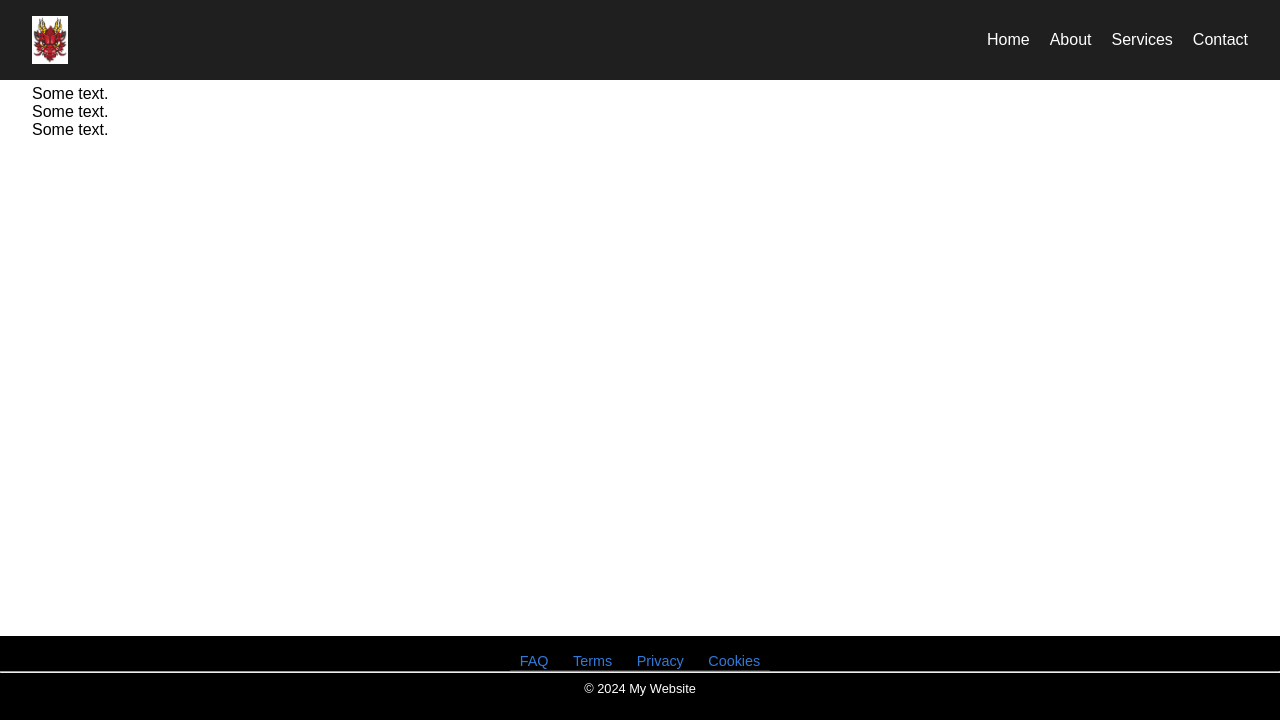
Repository: andreamm-lab/css-positioning-examples-2025-10
Page: index.html
The author's editor kept a copy of each file at every save. The page is drawn from the files as they stood at one save, then again after the next save.
The browser window is 1280 px wide. The pictures show the whole page.

Above is the page before, as saved 2025-11-10 19:05:51.

### index.html
<!DOCTYPE html>
<html lang="en">
<head>
  <meta charset="UTF-8">
  <meta name="viewport" content="width=device-width, initial-scale=1.0">
  <title>Basic Nav Example</title>
  <link rel="stylesheet" href="./main.css">
</head>
<body>
  <header>
    <!-- Primary navigation -->
    <nav aria-label="Primary navigation">
      <a href="./index.html">
        <img src="./images/dragon.png" alt="Dragon logo">
      </a>
      <span class="spacer"></span>
      <ul>
        <li class="current"><a href="./index.html">Home</a></li>
        <li><a href="./pages/about.html">About</a></li>
        <li id="services-li">
          <a href="./pages/services.html">Services</a>
          <!-- Submenu -->
          <ul id="services-menu">
            <li><a href="#">Gardening</a></li>
            <li><a href="#">Landscaping</a></li>
            <li><a href="#">Weed Control</a></li>
            <li><a href="#">Tree Removal</a></li>
          </ul>
        </li>
        <li><a href="./pages/contact.html">Contact</a></li>
      </ul>
    </nav>
  </header>

  <main class="home-main">
    <h1 id="page-title" style="text-align: center;">Home Page</h1>

    <section class="section-a">
      <p>Some text.</p>
    </section>
    <section class="section-b">
      <p>Some text.</p>
    </section>
    <section class="section-a">
      <p>Some text.</p>
    </section>
  </main>

  <!------------------------------------- Footer ------------------------------------->
  <footer id="main-footer">
    <nav aria-label="Footer navigation">
      <ul>
        <li><a href="#">FAQ</a></li>
        <li><a href="#">Terms</a></li>
        <li><a href="#">Privacy</a></li>
        <li><a href="#">Cookies</a></li>
      </ul>
    </nav>

    <hr class="footer-line">

    <p>© 2024 My Website</p>
  </footer>
</body>
</html>

### main.css
/* 0.---------------------- General Setup ---------------------- */

*  {
    box-sizing: border-box; /* How to calculate dimensiones */
    margin: 0; /* Distance beetween words */
    padding: 0; /* Allow bullepoint to be visible */
}

/* All Font Page */
body {
    font-family: Arial, Helvetica, sans-serif;
    background-color: #ffffff;
    color: #000;
    min-height: 100vh;
    display: flex;
    flex-direction: column;
}

main {
    flex: 1;
    display: block;
    padding: 120px 32px 24px; /* top=120 to prevent content hidden by fixed header */
}

/* 1.---------------------- Header - Upper Menu - Encabezado ---------------------- */

/* background box and colors */
/* In Practice class: nav: means both header and footer
nav {
    padding: 10px 10px;
    min-height: 80px;
    background-color: #1F1F1F;
}
*/

/* Dimensions */
header {
    position: fixed; /* Added: keeps header always visible */
    top: 0;
    left: 0;
    width: 100%;
    z-index: 1000;
}

header nav {
    padding: 10px 32px;
    min-height: 80px;
    background-color: #1F1F1F;
    display: flex; /*added*/
    align-items: center;           /* vertical */
    justify-content: space-between; /* separates logo and menu */
}

/* Icon - Image */
header nav img {
    max-height: 48px;
    background-color: white;
    display: inline-block;  /* added */
    vertical-align: middle; /* added */
}

/* Top Horizontal Menu */

/* Aligning calculation*/
/* In class:
.spacer {
    display: inline-block;
    width: calc(100% - 40px - 320px);
}
*/
/* If 0 first number: result left. If 100% results right */

/* Text Relation with image */
header nav ul {
    list-style: none;
    display: flex;
    gap: 20px;
}

/* Word Colors depending their status */
/* Word clicked */
header nav ul li a {
    text-decoration: none;
    color: white;
}

/* Text color if we are in the current page*/
header nav ul li a.current {
    color: aquamarine;
    font-weight: bold;
}

/* Mouse over the word */
header nav ul li a:hover {
    color: rgb(92, 229, 0);
}

/* ---------------------- Added from Cursada: Dropdown Menu ---------------------- */

/* Services dropdown menu */
#services-li {
    position: relative;
}

#services-li:hover #services-menu {
    opacity: 1;
    visibility: visible;
    transform: translateY(0);
}

#services-menu {
    position: absolute;
    top: 100%;
    left: 0;
    z-index: 2000;
    margin: 0;
    padding: 4px 16px;
    background-color: #323F42;
    visibility: hidden;
    opacity: 0;
    transform: translateY(-6px);
    transition: opacity 0.3s, transform 0.15s;
    list-style: none;

    display: block; /* evita que herede el flex del menú principal */
}

#services-menu li {
    display: block; /* lista vertical*/
    margin: 0;
    padding: 4px 0;
}


#services-menu a {
    display: inline-block;
    white-space: nowrap;
    color: #fff;
    text-decoration: none;
}

#services-menu a:hover {
    text-decoration: underline;
}

/* 1.2.special part -------------------------------- Side Menu --------------------------------------------------*/

/* Side menu on Services */
.page {
    display: flex;   /* content in columns */
    gap: 0;
}

/* Dimensions */
.main-content {
    width: 72%;
    vertical-align: top;
}

/* Style */
.side-nav {
    width: 28%;
    background-color: #2a2a2a;
    color: #fff;
    margin: 0;                /* sin espacio externo */
    padding: 0;               /* sin espacio interno general */
    border: none;             /* sin borde */
    box-sizing: border-box;
    min-height: 100%;         /* ocupa todo el alto */
}

/* Title: Categories - Dimensions */
.side-nav h2 {
    margin: 0;
    padding: 16px 16px 8px;
    font-size: 1.6rem;
    font-weight: 700;
}

/* List Dimensions */
.side-nav ul {
    list-style: none;
    margin: 0;
    padding: 0 16px 16px;
}

.side-nav ul li {
    margin: 0;
    padding: 6px 0;
}

/* Colors */
.side-nav ul li a {
    color: #4bb4ff;
    text-decoration: none;
    display: inline-block;
    width: 100%;
}

.side-nav ul li a:hover {
    text-decoration: underline;
    background-color: #1f1f1f;
}

/* 2.---------------------- Main / Home content ---------------------- */

/* Space size */
main {
    display: block;
    padding: 24px 32px;
}

main.page {
    padding: 0px 0px 0px 0px; /* top=0 keeps borders united with header and footer */
}

/* Title: Home Page */
#page-title {
    font-size: 2rem;
    text-align: center;
    margin-bottom: 24px;
}

/* text cards */
.card-grid {
    display: block;
}

.card {
    background-color: #f0f0f0;
    border: 1px solid #d0d0d0;
    border-radius: 6px;
    padding: 16px;
    margin-bottom: 16px;
}

.card h2 {
    margin-bottom: 8px;
}


/* 3.---------------------- Footer ---------------------- */
#main-footer {
    background-color: #000000;
    color: #ffffff;
    text-align: center;
    padding: 16px 0 24px;
    margin: 0;
    width: 100%;
}

#main-footer nav {
    background: none;
    padding: 0;
    margin: 0 auto;
}

/* FAQ, Terms, etc. */
#main-footer nav ul {
    display: inline-block;
    list-style: none;
    margin: 0; /* Distance between FAQ text and white line */
    padding: 0;
    border-bottom: 1px solid #333;
}

#main-footer nav ul li {
    display: inline-block;
    margin: 0 10px;  /*Distance between words in footer: FAQ, Terms, etc. */
}

#main-footer nav ul li a {
    color: rgb(51, 122, 216); /* Text color */
    text-decoration: none;
    font-size: 0.9rem;
}

/* Line separation
.footer-line {
    border: none;
    border-top: 1px solid #ccc;
    width: 80%;
    margin: 8px auto 12px;
}*/

/* Last Line Text: My Website */
#main-footer p {
    font-size: 0.8rem;
    margin: 0;
    padding-top: 8px;
}

After the next save:
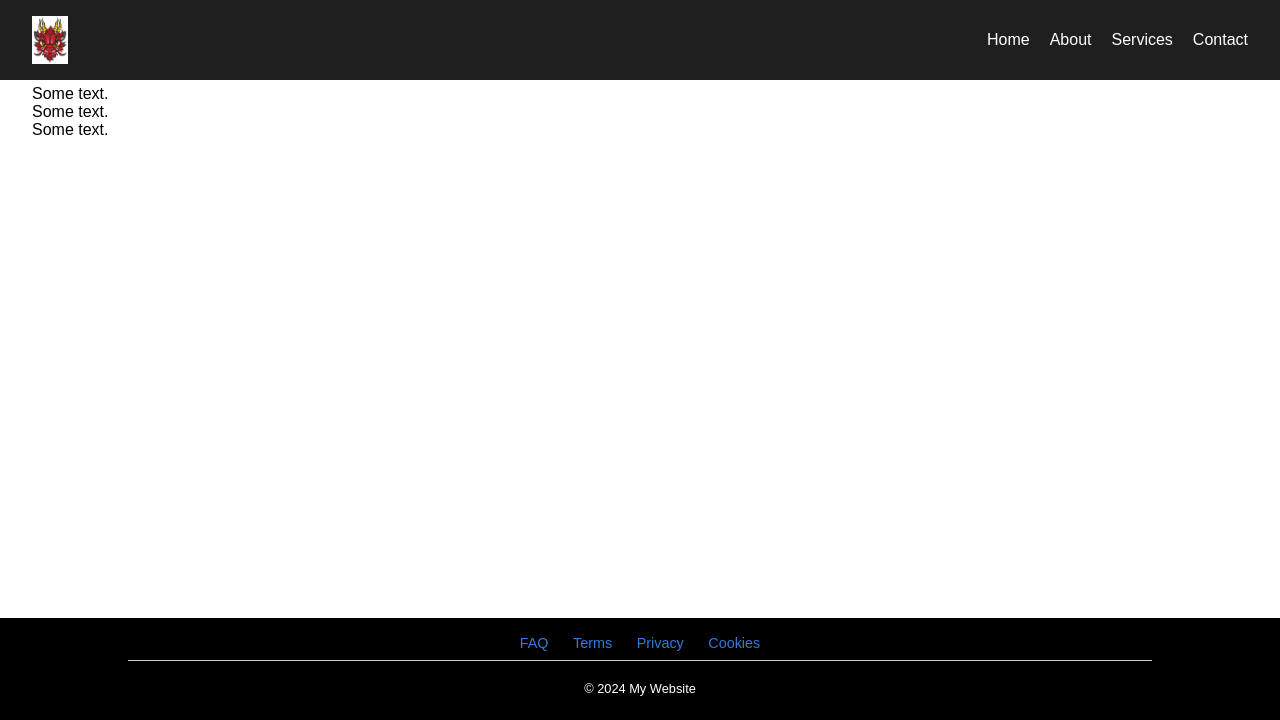
Saved 74 s later.
--- a/main.css
+++ b/main.css
@@ -261,7 +261,7 @@ main.page {
     list-style: none;
     margin: 0; /* Distance between FAQ text and white line */
     padding: 0;
-    border-bottom: 1px solid #333;
+    /*border-bottom: 1px solid white */ /*another option to do it*/;
 }
 
 #main-footer nav ul li {
@@ -275,13 +275,13 @@ main.page {
     font-size: 0.9rem;
 }
 
-/* Line separation
+/* Line separation */
 .footer-line {
     border: none;
     border-top: 1px solid #ccc;
     width: 80%;
     margin: 8px auto 12px;
-}*/
+}
 
 /* Last Line Text: My Website */
 #main-footer p {
